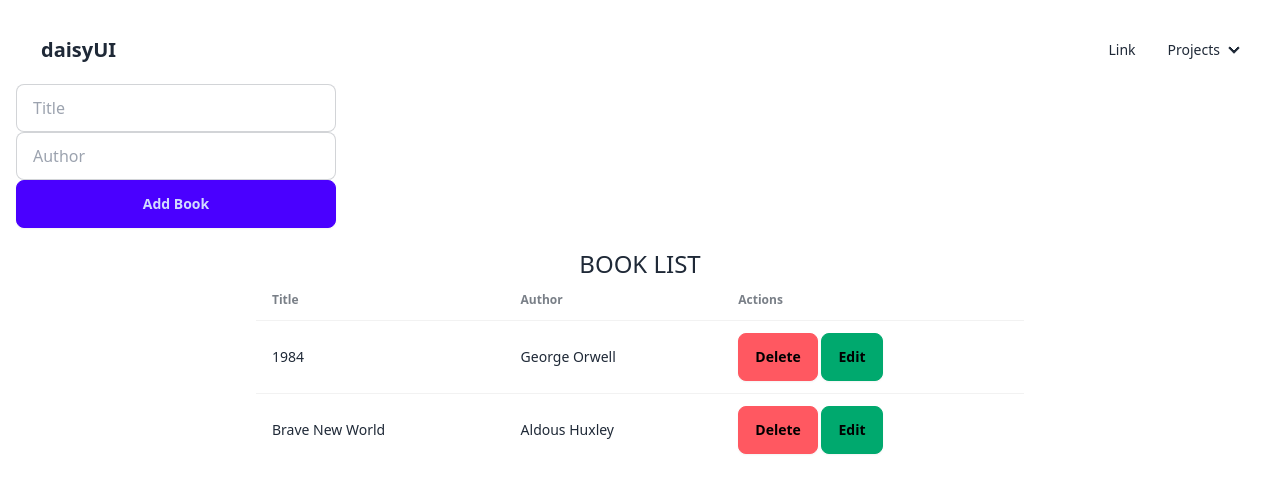
Repository: sibi24sibi/Crud-app-svelte
Page: /
An editor plug-in stored every save of this project. The page is shown before and after the next save, followed by the edit.
The browser window is 1280 px wide. The pictures show the whole page.
The project was rebuilt for these pictures with package versions that can differ from the ones it lists, and the page was loaded fresh each time. Also part of the build but not shown: svelte.config.js, vite.config.js.

Above is the page before, as saved 2024-06-30 19:07:12.

### index.html
<!doctype html>
<html lang="en" data-theme="light">
  <head>
    <meta charset="UTF-8" />
    <link rel="icon" type="image/svg+xml" href="/vite.svg" />
    <meta name="viewport" content="width=device-width, initial-scale=1.0" />
    <title>Vite + Svelte</title>
  </head>
  <body>
    <div id="app"></div>
    <script type="module" src="/src/main.js"></script>
  </body>
</html>

### src/App.svelte
<script>
  import Navbar from "./Components/Navbar.svelte";

  import AddBook from "./Components/AddBook.svelte";
  import BookList from "./Components/BookList.svelte";
</script>

<main>
  <Navbar />

  <AddBook />
  <BookList />
</main>

<style>
  main {
    text-align: center;
    padding: 1em;
    margin: 0 auto;
  }
</style>

### src/Components/Navbar.svelte
<script></script>

<body>
  <div class="navbar bg-base-100">
    <div class="flex-1">
      <a class="btn btn-ghost text-xl">daisyUI</a>
    </div>
    <div class="flex-none">
      <ul class="menu menu-horizontal px-1">
        <li><a>Link</a></li>
        <li>
          <details>
            <summary>Projects</summary>
            <ul class="bg-base-100 rounded-t-none p-2">
              <li><a>Video player</a></li>
              <li><a>data entry</a></li>
            </ul>
          </details>
        </li>
      </ul>
    </div>
  </div>
</body>

<style>
</style>

### src/Components/AddBook.svelte
<script>
  import { books } from "./BookStore.js";
  let title = "";
  let author = "";

  function addBook() {
    books.update((items) => [
      ...items,
      { id: items.length ? items[items.length - 1].id + 1 : 1, title, author },
    ]);
    title = "";
    author = "";
  }
</script>

<div class="flex flex-col justify-center">
  <input
    placeholder="Title"
    class="input input-bordered w-full max-w-xs"
    bind:value={title}
  />
  <input
    placeholder="Author"
    class="input input-bordered w-full max-w-xs"
    bind:value={author}
  />
  <button class="btn btn-primary max-w-xs" {addBook}>Add Book</button>
</div>

### src/Components/BookList.svelte
<script>
  import { books } from "./BookStore.js";
  let editableBook = null;

  function deleteBook(id) {
    books.update((items) => items.filter((item) => item.id !== id));
  }

  function editBook(book) {
    editableBook = { ...book };
  }

  function saveEdit() {
    books.update((items) =>
      items.map((item) => (item.id === editableBook.id ? editableBook : item))
    );
    editableBook = null;
  }
</script>

<div class="overflow-x-auto max-w-3xl mx-auto my-5">
  <h1 class="text-2xl uppercase">Book List</h1>
  <table class="table">
    <thead>
      <tr>
        <th>Title</th>
        <th>Author</th>
        <th>Actions</th>
      </tr>
    </thead>
    <tbody>
      {#each $books as book}
        <tr>
          {#if editableBook && editableBook.id === book.id}
            <td
              ><input
                class="input input-bordered"
                bind:value={editableBook.title}
              /></td
            >

            <td>
              <input
                class="input input-bordered"
                bind:value={editableBook.author}
              /></td
            >
            <td>
              <button class="btn btn-primary" on:click={saveEdit}>Save</button
              ></td
            >
          {:else}
            <td>{book.title} </td> <td> {book.author} </td>
            <td
              ><button
                class="btn btn-error"
                on:click={() => deleteBook(book.id)}>Delete</button
              >
              <button class="btn btn-success" on:click={() => editBook(book)}
                >Edit</button
              ></td
            >
          {/if}
        </tr>
      {/each}
    </tbody>
  </table>
</div>

### src/Components/BookStore.js
import { writable } from "svelte/store";

export const books = writable([
  { id: 1, title: "1984", author: "George Orwell" },
  { id: 2, title: "Brave New World", author: "Aldous Huxley" },
]);

### tailwind.config.js
/** @type {import('tailwindcss').Config} */
export default {
  content: ["./index.html", "./src/**/*.{svelte,js,ts,jsx,tsx}"],
  theme: {
    extend: {},
  },
  plugins: [require("daisyui")],
};

Loaded but not shown: src/main.js (common file); src/app.css (common file)

After the next save:
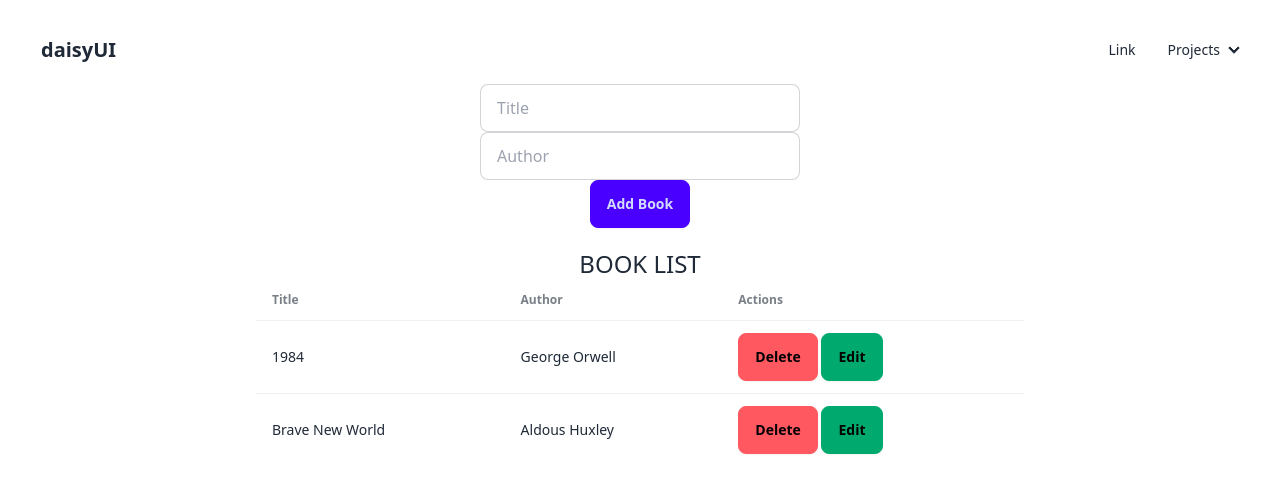
Saved 9 s later.
--- a/src/Components/AddBook.svelte
+++ b/src/Components/AddBook.svelte
@@ -13,7 +13,7 @@
   }
 </script>
 
-<div class="flex flex-col justify-center">
+<div class="flex flex-col justify-center items-center">
   <input
     placeholder="Title"
     class="input input-bordered w-full max-w-xs"
